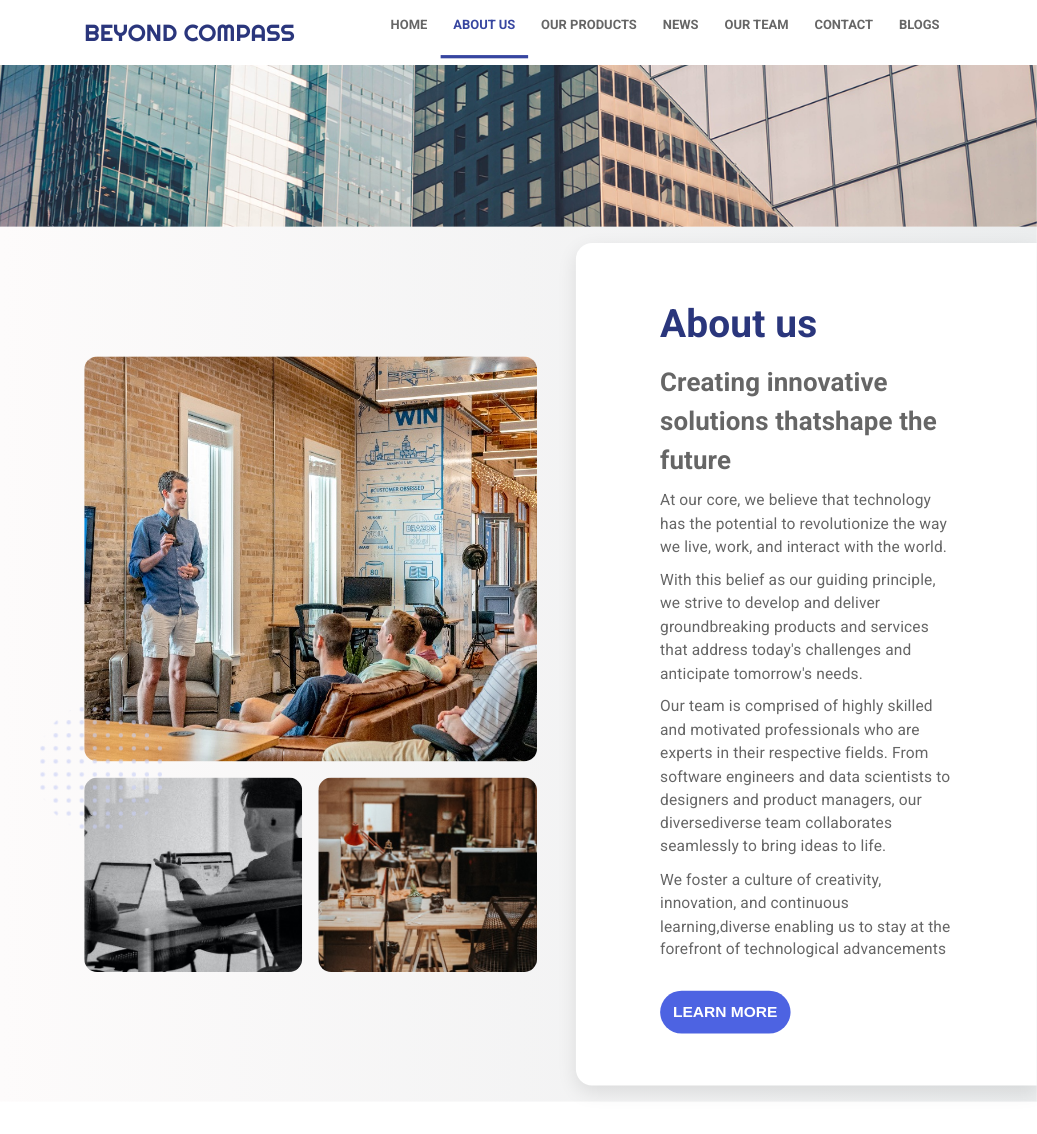
Repository: trunghau06/baitapRn
Page: pages/about.html
An editor plug-in stored every save of this project. The page is shown before and after the next save, followed by the edit.
The browser window is 1280 px wide. The pictures show the whole page, at 81% of full size.

Above is the page before, as saved 2025-10-15 20:12:36.

### pages/about.html
<!DOCTYPE html>
<html lang="en">
<head>
    <meta charset="UTF-8">
    <meta name="viewport" content="width=device-width, initial-scale=1.0">
    <title>About us</title>
    <link rel="stylesheet" href="../style/about.css?v=1">
    <link rel="stylesheet" href="https://cdnjs.cloudflare.com/ajax/libs/font-awesome/6.5.1/css/all.min.css">
    <link href="https://fonts.googleapis.com/css2?family=Roboto:wght@400;700&display=swap" rel="stylesheet">
</head>
<body>
    <!-- Thanh Header -->
    <header>
        <div class="header-Page">
            <!-- Logo -->
            <div class="logo">BEYOND COMPASS</div>

            <!-- Navigation Menu -->
            <nav>
                <div class="menu-item"><a href="../index.html">HOME</a></div>
                <div class="menu-item active"><a href="../pages/about.html">ABOUT US</a></div>
                <div class="menu-item"><a href="../pages/product.html">OUR PRODUCTS</a></div>
                <div class="menu-item"><a href="../pages/news.html">NEWS</a></div>
                <div class="menu-item"><a href="../pages/team.html">OUR TEAM</a></div>
                <div class="menu-item"><a href="../pages/contact.html">CONTACT</a></div>
                <div class="menu-item"><a href="../pages/blogs.html">BLOGS</a></div>
            </nav>
        </div>
    </header>

    <div class="header-banner"></div>

    <!-- Nội dung chính -->

    <div class="main-section">
        <!-- Phan khung anh-->
        <div class="image-section">
            <!-- Anh lon -->
            <div class="image-large">
                <img src="../Images/image_about_1.jpg" alt="Ảnh lớn">
            </div>

            <!-- Anh nho -->
            <div class="img-small">
                <img src="../Images/image_about_2.jpg" alt="Laptop workspace">
                <img src="../Images/image_about_3.jpg" alt="Office">
            </div>
        </div>

        <div class="image-blur">
            <img src="../Images/image_blur.png">
        </div>

        <!-- Phan noi dung -->
        <div class="content-section">
            <h2>About us</h2>

            <h3>Creating innovative solutions thatshape the future</h3>

            <p>
                At our core, we believe that technology has the potential to
                revolutionize the way we live, work, and interact with the world.
            </p>

            <p>
                With this belief as our guiding principle, we strive to develop and
                deliver groundbreaking products and services that address today's
                challenges and anticipate tomorrow's needs.
            </p>

            <p>
                Our team is comprised of highly skilled and motivated professionals
                who are experts in their respective fields. From software engineers
                and data scientists to designers and product managers, our diversediverse
                team collaborates seamlessly to bring ideas to life.
            </p>

            <p>
                We foster a culture of creativity, innovation, and continuous learning,diverse
                enabling us to stay at the forefront of technological advancements
            </p>

            <button class="btn-learnmore">LEARN MORE</button>
        </div>
    </div>
</body>
</html>

### style/about.css
@import url('https://fonts.googleapis.com/css2?family=Righteous&display=swap');

* {
    margin: 0;
    padding: 0;
    box-sizing: border-box;
}

body {
    font-family: Arial, sans-serif;
}

/* Header */
.header-Page {
    position: fixed;
    top: 0;
    left: 0;
    width: 100%;
    margin: 0 auto;
    padding: 0 104px;
    display: flex;
    justify-content: space-between;
    align-items: center;
    height: 80px;
    background-color: white;
    z-index: 1000;
}


/* Logo */
.logo {
    font-family: 'Righteous', Arial, sans-serif;
    color: #2A367C;
    font-size: 1.8em;
    font-weight: 400;
}

/* Menu */
nav {
    display: flex;
    align-items: flex-end;
}

.menu-item {
    display: flex;
    justify-content: center;
    padding: 0;
}

.menu-item a {
    display: flex;
    align-items: center;
    justify-content: center;
    padding: 12px 16px 28px 16px;
    text-decoration: none;
    color: #666666;
    font-size: 1em;
    font-weight: 700;
    font-family: 'Roboto', Arial, sans-serif;
    border-bottom: 4px solid transparent;
    transition: border-color 0.3s, color 0.3s;
    cursor: pointer;
}

.menu-item a:hover {
    border-bottom-color: #3746A0;
    color: #3746A0;
}

.menu-item.active a {
    border-bottom-color: #3746A0;
    color: #3746A0;
}

/* Banner */
.header-banner {
    margin-top: 80px;
    width: 100%;
    height: 200px;
    background-image: url('../Images/anhHeader_2.png');
    background-size: cover;
    background-position: center;
}

/* Main Content */
.main-section {
    display: flex;
    justify-content: space-between;
    align-items: center;
    width: 100%;
    margin: 0 auto 40px 0;
    background-image: linear-gradient(to right, #FDFBFB, #EBEDEE);
    padding: 20px 0 20px 104px;
    gap: 48px;
    position: relative;
}

.image-blur {
    position: absolute;
    left: 50px;
    top: 62%;
    transform: translateY(-50%);
    z-index: 999;
}

.image-blur img {
    width: 150px;
    height: auto;
    opacity: 0.6;
}

.image-section {
    width: 50%;
    display: flex;
    flex-direction: column;
    gap: 20px;
    overflow: hidden;
}

.image-large {
    width: 100%;
    height: 500px;
    border-radius: 16px;
    overflow: hidden;
}

.image-large img {
    width: 100%;
    height: 100%;
    object-fit: cover;
    display: block;
}

.img-small {
    display: flex;
    gap: 20px;
}

.img-small img {
    width: 50%;
    height: 240px;
    aspect-ratio: 1 / 1;
    border-radius: 16px;
    object-fit: cover;
}

.content-section {
    width: 50%;
    background: #FFFFFF;
    box-shadow: 0 8px 24px rgba(0, 0, 0, 0.1);
    border-radius: 20px 0 0 20px;
    padding: 64px 104px;
    display: flex;
    flex-direction: column;
    justify-content: center;
}

.content-section h2 {
    font-family: 'Roboto', Arial, sans-serif;
    color: #2A367C;
    font-size: 3em;
    font-weight: 700;
    margin-bottom: 12px;
    line-height: 1.5;
    letter-spacing: 0.16px;
}

.content-section h3 {
    font-family: 'Roboto', Arial, sans-serif;
    font-size: 2em;
    color: #666666;
    font-weight: bold;
    margin-bottom: 12px;
    line-height: 1.5;
    letter-spacing: 0.16px;
}

.content-section p {
    color: #666666;
    font-family: 'Roboto', Arial, sans-serif;
    margin-bottom: 12px;
    line-height: 1.5;
    letter-spacing: 0.16px;
    font-size: 1.2em;
}

.btn-learnmore {
    margin-top: 24px;
    background-color: #4D63E2;
    color: white;
    font-size: 1.2em;
    font-weight: 600;
    padding: 12px 16px;
    border: none;
    line-height: 1.5;
    letter-spacing: 1%;
    border-radius: 32px;
    cursor: pointer;
    transition: all 0.3s ease;
    align-self: flex-start;
}

After the next save:
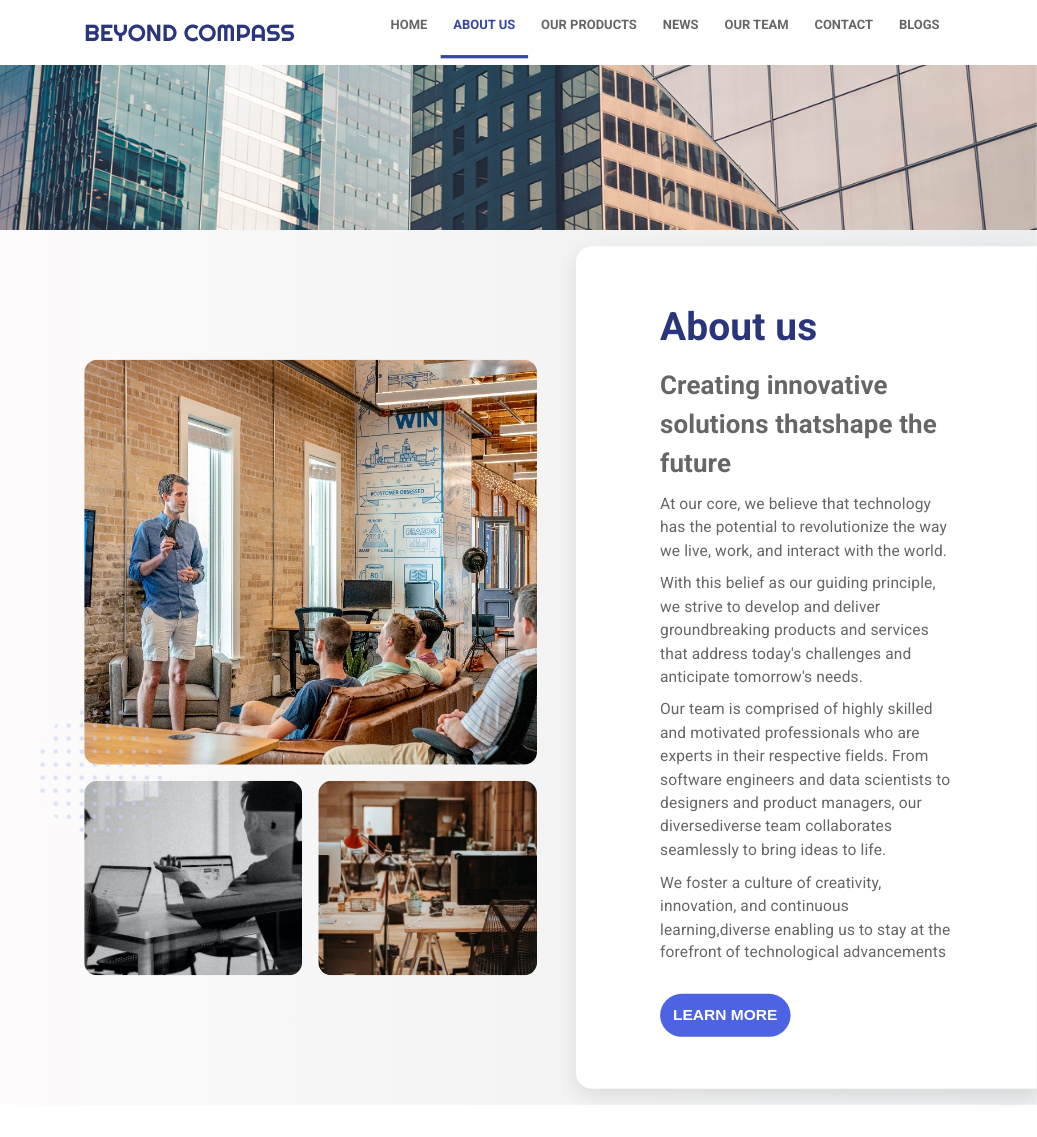
Saved 17 s later.
--- a/style/about.css
+++ b/style/about.css
@@ -76,7 +76,7 @@ nav {
 .header-banner {
     margin-top: 80px;
     width: 100%;
-    height: 200px;
+    height: 204px;
     background-image: url('../Images/anhHeader_2.png');
     background-size: cover;
     background-position: center;
